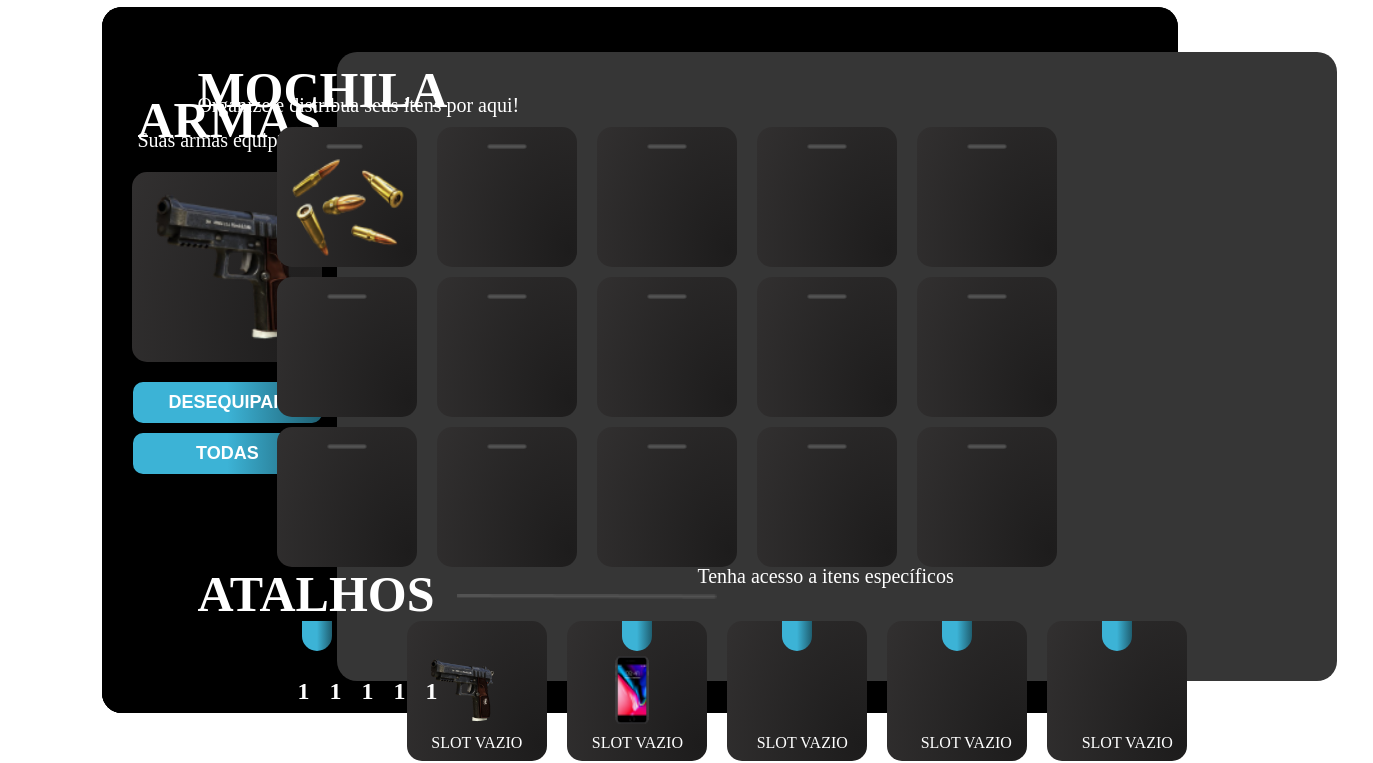
Repository: DuMCorrea/Mochila
Page: index.html
The author's editor kept a copy of each file at every save. The page is drawn from the files as they stood at one save, then again after the next save.
The browser window is 1280 px wide. The page is 1373 px wide, so the pictures cover 1373 px, including what lies to the right of the window. The pictures show the whole page.
Some web fonts or font styles are not loaded; a fallback is used.

Above is the page before, as saved 2024-09-03 11:32:09.

### index.html
<!DOCTYPE html>
<html lang="pt-BR">
<head>
    <meta charset="UTF-8">
    <meta name="viewport" content="width=device-width, initial-scale=1.0">
    <link href="https://fonts.googleapis.com/css2?family=Baloo+Bhai+2&display=swap" rel="stylesheet">
    <title>Modelo de Tela</title>
    <link rel="stylesheet" href="styles.css">
</head>
<body>
    <div class="container">
        <div class="background-rectangle">
            <div class="left-div">
                <div class="content-left">
                    <h1>ARMAS</h1>
                    <p>Suas armas equipadas!</p>
                    <div class="image-container">
                        <img src="assets/ARMA.png" alt="Imagem" />
                    </div>
                    <button class="desequipar-btn">DESEQUIPAR</button>
                    <button class="todas">TODAS</button>
                </div>
            </div>
            <div class="right-div">
                <div class="content-right">
                    <h1>MOCHILA</h1>
                    <p>Organize e distribua seus itens por aqui!</p>
                    <div class="squares-container">
                        <div class="square">
                            <img src="assets/traco.png" alt="Imagem" class="square-image-unic">
                            <img src="assets/balas.png" alt="Imagem" class="shots-image">
                        </div>
                        <div class="square">
                            <img src="assets/traco.png" alt="Imagem" class="square-image">
                        </div>
                        <div class="square">
                            <img src="assets/traco.png" alt="Imagem" class="square-image">
                        </div>
                        <div class="square">
                            <img src="assets/traco.png" alt="Imagem" class="square-image">
                        </div>
                        <div class="square">
                            <img src="assets/traco.png" alt="Imagem" class="square-image">
                        </div>
                    </div>
                    <!-- Segunda linha de quadrados -->
                    <div class="squares-containerr">
                        <div class="square">
                            <img src="assets/traco.png" alt="Imagem" class="square-image">
                        </div>
                        <div class="square">
                            <img src="assets/traco.png" alt="Imagem" class="square-image">
                        </div>
                        <div class="square">
                            <img src="assets/traco.png" alt="Imagem" class="square-image">
                        </div>
                        <div class="square">
                            <img src="assets/traco.png" alt="Imagem" class="square-image">
                        </div>
                        <div class="square">
                            <img src="assets/traco.png" alt="Imagem" class="square-image">
                        </div>
                    </div>

                    <!-- Terceira linha de quadrados -->
                    <div class="squares-containerrr">
                        <div class="square">
                            <img src="assets/traco.png" alt="Imagem" class="square-image">
                        </div>
                        <div class="square">
                            <img src="assets/traco.png" alt="Imagem" class="square-image">
                        </div>
                        <div class="square">
                            <img src="assets/traco.png" alt="Imagem" class="square-image">
                        </div>
                        <div class="square">
                            <img src="assets/traco.png" alt="Imagem" class="square-image">
                        </div>
                        <div class="square">
                            <img src="assets/traco.png" alt="Imagem" class="square-image">
                        </div>
                        </div>
                        <div class="atalhos-title-container">
                            <h1 class="atalhos-title">
                                ATALHOS
                                <img src="assets/linhaGrande.png" alt="Descrição da Imagem" class="atalhos-image">
                                <p class="atalhos-paragraph">Tenha acesso a itens específicos</p>
                            </h1>
                        </div>
                        <div class="shortcuts-container">
                            <!-- Linha de números -->
                            <div class="numbers-line">
                                <span class="number">1</span>
                                <span class="number">1</span>
                                <span class="number">1</span>
                                <span class="number">1</span>
                                <span class="number">1</span>
                            </div>
                            <div class="square">
                                <div class="blue-squaree"></div>
                                <img src="assets/ARMA.png" class="arma-image">
                                <p style="font-size: 16px; position: relative; top: 60px; right: 35px; white-space: nowrap;" >SLOT VAZIO</p>
                            </div>
                            <div class="square">
                                <div class="blue-squareee"></div>
                                <img src="assets/celular.png" class="cell-image">
                                <p  style="font-size: 16px; position: relative; top: 60px; right: 40px; white-space: nowrap;" >SLOT VAZIO</p>
                            </div>
                            <div class="square">
                                <div class="blue-square"></div>
                                <p style="font-size: 16px; position: relative; top: 60px; left: 0px; white-space: nowrap;" >SLOT VAZIO</p>
                            </div>
                            <div class="square">
                                <div class="blue-square"></div>
                                <p style="font-size: 16px; position: relative; top: 60px; left: 4px; white-space: nowrap;" >SLOT VAZIO</p>
                            </div>
                            <div class="square">
                                <div class="blue-square"></div>
                                <p style="font-size: 16px; position: relative; top: 60px; left: 5px; white-space: nowrap;" >SLOT VAZIO</p>
                            </div>
                        </div>


                        </div>
                        </div>
                        </div>
                        </div>
                        </body>

                        </html>

### styles.css
body, html {
    margin: 0;
    padding: 0;
    width: 100%;
    height: 100%;
    display: flex;
    justify-content: center;
    align-items: center;
    background-color: white; /* Fundo preto para o body */
    font-family: 'Baloo Bhai 2', cursive; /* Aplicando a fonte Baloo Bhai */
}

.container {
    width: 84%; /* Largura da div principal */
    height: 98%; /* Altura da div principal */
    display: flex;
    justify-content: center;
    align-items: center;
    background-color: #000000; /* Fundo preto para a div principal */
    border-radius: 20px; /* Canto arredondado */
    font-family: 'Baloo Bhai 2', cursive; /* Aplicando a fonte Baloo Bhai */
}

.background-rectangle {
    width: 100%;
    height: 100%;
    background: #000000; /* Fundo preto para o retângulo principal */
    border-radius: 20px; /* Cantos arredondados */
    display: flex;
}

.left-div {
    width: 22%; /* 25% da largura da tela */
    height: 100%;
    background-color: #000000; /* Fundo preto para a div esquerda */
    display: flex;
    justify-content: center;
    align-items: center;
    border-radius: 20px 0 0 20px; /* Canto arredondado à esquerda */
    font-family: 'Baloo Bhai 2', cursive; /* Aplicando a fonte Baloo Bhai */
}

.right-div {
    width: calc(110% - 20px); /* 73% da largura da tela menos a margem */
    height: calc(92% - 20px); /* 95% da altura menos a margem */
    background-color: #363636; /* Fundo cinza para a div direita */
    display: flex;
    justify-content: center;
    align-items: center;
    margin: 45px; /* Margem em torno da div da direita */
    border-radius: 20px; /* Cantos arredondados */
    font-family: 'Baloo Bhai 2', cursive; /* Aplicando a fonte Baloo Bhai */
}


/* DIV DA ESQUERDA */

.content-left {
    text-align: justify; /* Justifica o texto */
    display: flex;
    flex-direction: column;
    justify-content: flex-start; /* Alinha os elementos ao topo da div */
    align-items: center; /* Centraliza horizontalmente */
    height: 100%; /* Ocupa toda a altura da div esquerda */
    padding-top: 100px; /* Adiciona um espaçamento do topo */
}

.left-div h1 {
    color: white; /* Cor branca para o título */
    font-size: 50px; /* Tamanho da fonte do título */
    margin-bottom: -20px; /* Espaçamento negativo para aproximar o parágrafo */
    font-weight: 900;
    width: 100%; /* Para garantir que a justificação funcione */
    text-align: justify; /* Justifica o texto do título */
    position: relative;
    left: 35px;
}

.left-div p {
    color: white; /* Cor branca para a frase */
    font-size: 20px; /* Tamanho da fonte da frase */
    margin-top: 0; /* Remove a margem superior do parágrafo */
    width: 100%; /* Para garantir que a justificação funcione */
    text-align: justify; /* Justifica o texto da frase */
    font-weight: 100;
    position: relative;
    left: 35px;
}

.image-container {
    width: 190px; /* Largura do quadrado */
    height: 190px; /* Altura do quadrado */
    background: radial-gradient(547.21% 823.76% at 94.51% 88.04%, #1D1C1C 0%, #837E7E 100%); /* Fundo com gradiente */
    border-radius: 15px; /* Borda arredondada */
    display: flex;
    justify-content: center;
    align-items: center;
    margin-top: 0px; /* Espaçamento acima da imagem */
    position: relative;
    left: 30px;
}

.image-container img {
    width: 85%; /* Ajusta o tamanho da imagem para caber no container */
    height: 85%; /* Ajusta o tamanho da imagem para caber no container */
    border-radius: 15px; /* Borda arredondada da imagem para combinar com o container */
}

.desequipar-btn {
    margin-top: 20px; /* Espaçamento acima do botão */
    padding: 10px 20px; /* Espaçamento interno do botão */
    background: linear-gradient(90deg, #3CB3D6 49.9%, #1F5E70 100%); /* Fundo com gradiente */
    color: white; /* Cor do texto */
    font-size: 18px; /* Tamanho da fonte */
    font-weight: bold; /* Negrito no texto */
    border: none; /* Remove a borda padrão do botão */
    border-radius: 10px; /* Bordas arredondadas */
    cursor: pointer; /* Cursor de ponteiro ao passar o mouse */
    text-align: center; /* Centraliza o texto no botão */
    width: 189px; /* Largura do botão */
    position: relative;
    left: 30px;
}

.todas {
    margin-top: 10px; /* Espaçamento acima do botão */
    padding: 10px 20px; /* Espaçamento interno do botão */
    background: linear-gradient(90deg, #3CB3D6 49.9%, #1F5E70 100%); /* Fundo com gradiente */
    color: white; /* Cor do texto */
    font-size: 18px; /* Tamanho da fonte */
    font-weight: bold; /* Negrito no texto */
    border: none; /* Remove a borda padrão do botão */
    border-radius: 10px; /* Bordas arredondadas */
    cursor: pointer; /* Cursor de ponteiro ao passar o mouse */
    text-align: center; /* Centraliza o texto no botão */
    width: 189px; /* Largura do botão */
    position: relative;
    left: 30px;
}


/* DIV DA DIREITA */


.content-right {
    display: flex;
    flex-direction: column;
    justify-content: flex-start; /* Alinha os elementos ao topo da div */
    align-items: flex-start; /* Alinha os elementos à esquerda */
    height: 100%; /* Ocupa toda a altura da div direita */
    padding: 20px; /* Adiciona um espaçamento interno */
}

.right-div h1 {
    color: white; /* Cor branca para o título */
    font-size: 50px; /* Tamanho da fonte do título */
    margin-bottom: -20px; /* Espaçamento negativo para aproximar o parágrafo */
    font-weight: 900;
    width: 100%; /* Para garantir que a justificação funcione */
    text-align: left; /* Alinha o texto à esquerda */
    position: relative; /* Posicionamento relativo para o elemento abaixo */
    right: 160px;
    bottom: 25px;
}

.right-div p {
    color: white; /* Cor branca para a frase */
    font-size: 20px; /* Tamanho da fonte da frase */
    margin-top: 0; /* Remove a margem superior do parágrafo */
    width: 100%; /* Para garantir que a justificação funcione */
    text-align: left; /* Alinha o texto à esquerda */
    font-weight: 100;
    position: relative; /* Posicionamento relativo para o elemento abaixo */
    right: 160px;
    bottom: 30px;
}

.squares-container {
    display: flex; /* Exibe os quadrados em linha */
    justify-content: center; /* Centraliza os quadrados horizontalmente */
    align-items: center; /* Centraliza os quadrados verticalmente */
    width: 100%; /* Largura total para o contêiner */
    height: 50%; /* Altura do contêiner */
    position: relative;
    right: 170px;
    bottom: 40px;
}

.squares-containerr {
    display: flex; /* Exibe os quadrados em linha */
    justify-content: center; /* Centraliza os quadrados horizontalmente */
    align-items: center; /* Centraliza os quadrados verticalmente */
    width: 100%; /* Largura total para o contêiner */
    height: 50%; /* Altura do contêiner */
    position: relative;
    right: 170px;
    bottom: 30px;

}
.squares-containerrr {
    display: flex; /* Exibe os quadrados em linha */
    justify-content: center; /* Centraliza os quadrados horizontalmente */
    align-items: center; /* Centraliza os quadrados verticalmente */
    width: 100%; /* Largura total para o contêiner */
    height: 50%; /* Altura do contêiner */
    position: relative;
    right: 170px;
    bottom: 20px;
}

.square {
    width: 140px; /* Largura dos quadrados */
    height: 140px; /* Altura dos quadrados */
    background: radial-gradient(547.21% 823.76% at 94.51% 88.04%, #1D1C1C 0%, #837E7E 100%); /* Gradiente de fundo */
    border-radius: 15px; /* Bordas arredondadas */
    margin: 0 10px 0px 10px; /* Espaçamento entre os quadrados e entre as linhas */
    display: flex;
    justify-content: center; /* Centraliza horizontalmente o conteúdo */
    align-items: center; /* Centraliza verticalmente o conteúdo */
}

.square-image {
    width: 40px; /* Tamanho da imagem dentro dos quadrados */
    height: 5px;
    position: relative;
    bottom: 50px;
}

.square-image-unic {
    width: 40px; /* Tamanho da imagem dentro dos quadrados */
    height: 5px;
    position: relative;
    bottom: 50px;
    left: 60px;
}

.shots-image {
    width: 90%; /* Tamanho da imagem dentro dos quadrados */
    height: 70%;
    position: relative;
    top: 10px;
    right: 20px;
}


.shortcuts-container {
    display: flex;
    justify-content: center;
    align-items: center;
    width: 100%;
    position: relative;
    right: 120px;
    bottom: 80px;
}

.atalhos-title-container {
    display: flex;
    align-items: center;
    justify-content: flex-start;
    position: relative;
    right: 0px;
    bottom: 30px;
}

.atalhos-image {
    width: 260px; /* Ajuste o tamanho da imagem conforme necessário */
    height: 5px;
    position: relative;
    bottom: 12px;
    left: 10px;
}

.atalhos-paragraph {
    color: white;
    font-size: 20px; /* Ajuste o tamanho do texto conforme necessário */
    position: relative;
    top: -58px;
    left: 500px;
}

.arma-image {
    width: 70px; /* Ajuste o tamanho da imagem conforme necessário */
    height: 70px;
    position: relative;
    bottom: 1px;
    left: 30px;
}

.cell-image {
    width: 80px; /* Ajuste o tamanho da imagem conforme necessário */
    height: 80px;
    position: relative;
    bottom: 1px;
    left: 40px;
}


.blue-square {
    width: 37px; /* Largura do quadrado pequeno */
    height: 30px; /* Altura do quadrado pequeno */
    background: linear-gradient(90deg, #3CB3D6 49.9%, #1F5E70 100%); /* Cor de fundo conforme especificado */
    border-radius: 0px 0px 15px 15px; /* Bordas levemente arredondadas, se desejar */
    position: relative;
    bottom: 55px;
    left: 55px;
}

.blue-squaree {
    width: 30px; /* Largura do quadrado pequeno */
    height: 30px; /* Altura do quadrado pequeno */
    background: linear-gradient(90deg, #3CB3D6 49.9%, #1F5E70 100%); /* Cor de fundo conforme especificado */
    border-radius: 0px 0px 15px 15px; /* Bordas levemente arredondadas, se desejar */
    position: absolute;
    bottom: 110px;
    left: 65px;
}

.blue-squareee {
    width: 30px; /* Largura do quadrado pequeno */
    height: 30px; /* Altura do quadrado pequeno */
    background: linear-gradient(90deg, #3CB3D6 49.9%, #1F5E70 100%); /* Cor de fundo conforme especificado */
    border-radius: 0px 0px 15px 15px; /* Bordas levemente arredondadas, se desejar */
    position: absolute;
    bottom: 110px;
}

.numbers-line {
    display: flex; /* Alinha os números horizontalmente */
    justify-content: center; /* Centraliza os números horizontalmente */
    position: relative;
    left: 50px;
}

.number {
    font-size: 24px; /* Tamanho do número */
    color: white; /* Cor do número */
    font-weight: bold; /* Peso da fonte do número */
    margin: 0 10px; /* Espaçamento entre os números */
}

After the next save:
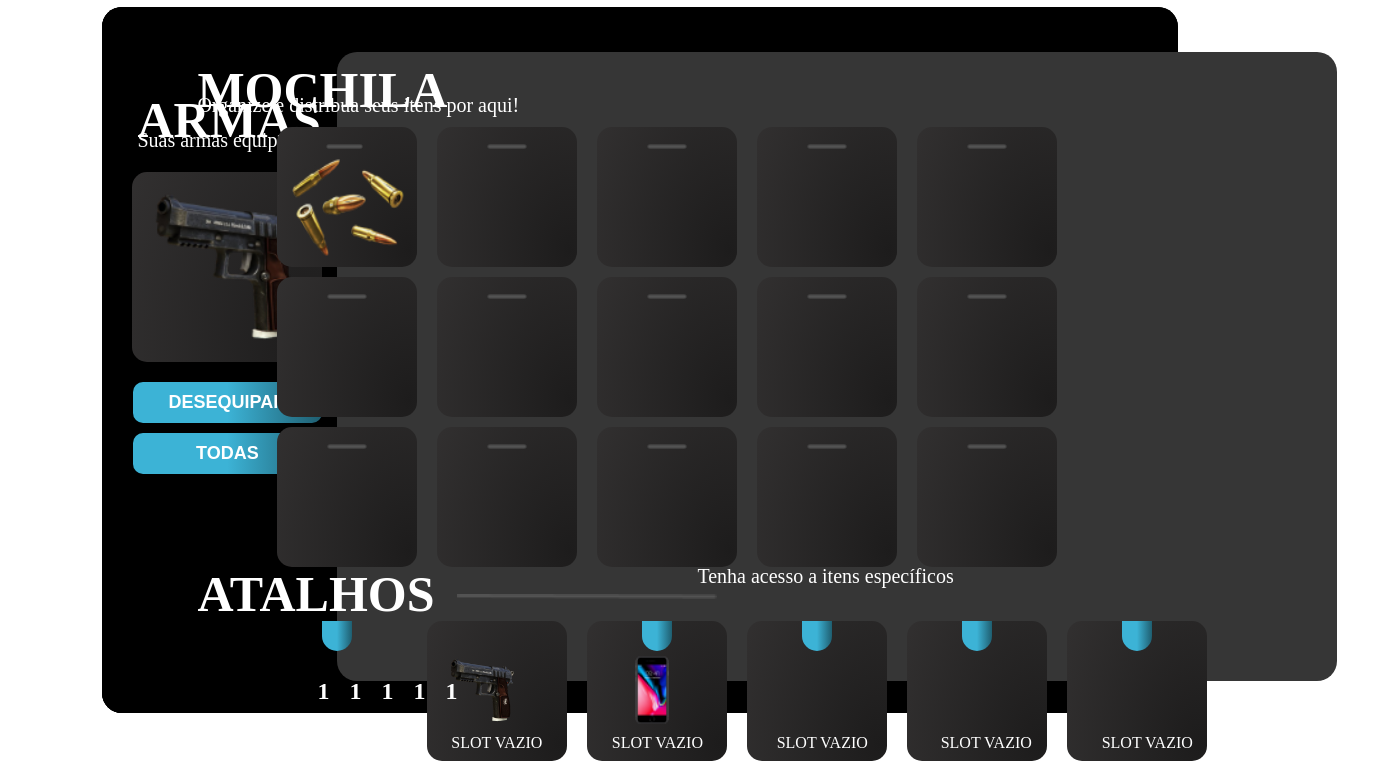
Saved 5 s later.
--- a/styles.css
+++ b/styles.css
@@ -249,7 +249,7 @@ body, html {
     align-items: center;
     width: 100%;
     position: relative;
-    right: 120px;
+    right: 100px;
     bottom: 80px;
 }
 
